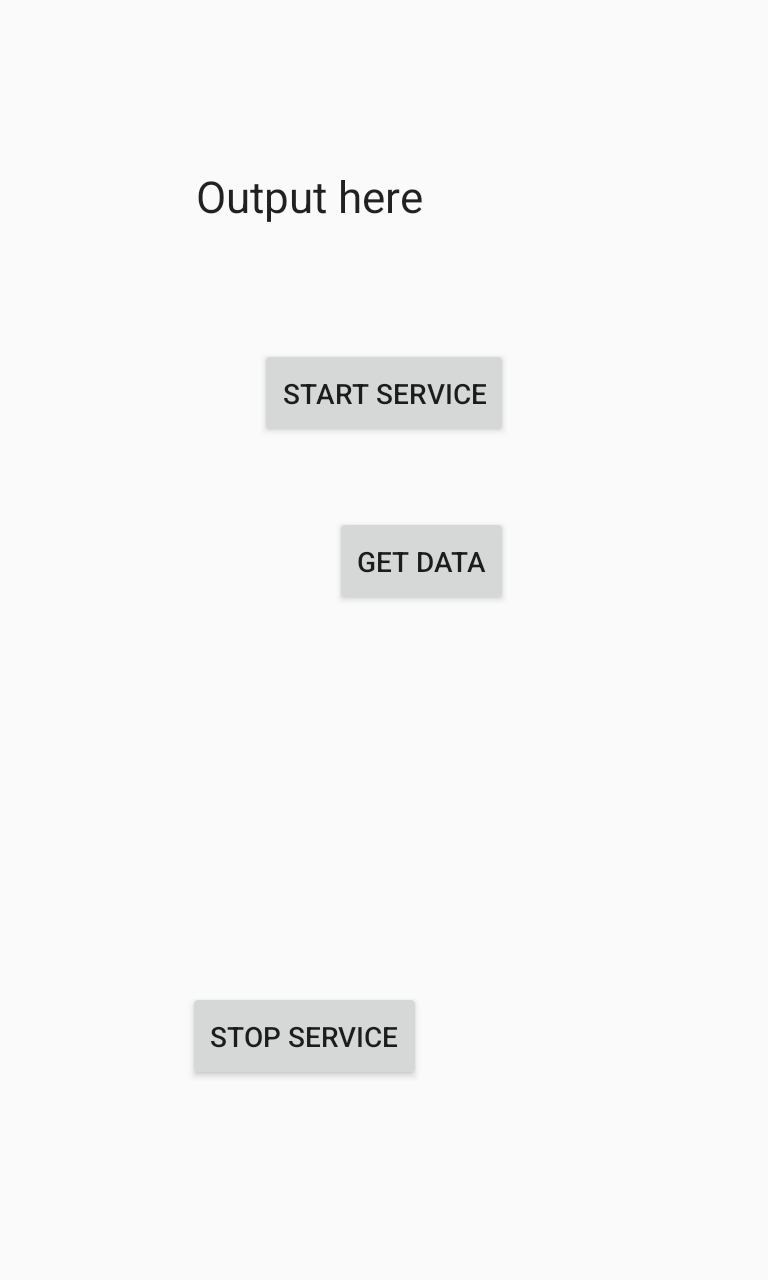
Repository: shivamgeek/Android-Code-Examples
Layout: boundServiceExample/res/layout/activity_main.xml
An editor plug-in stored every save of this project. The layout is shown before and after the next save, followed by the edit.
It is drawn on a 768 x 1280 px phone screen (xhdpi) without system bars, with theme AppTheme; the app's code is not run.

Above is the layout before, as saved 2015-12-03 04:33:13.

After the next save:
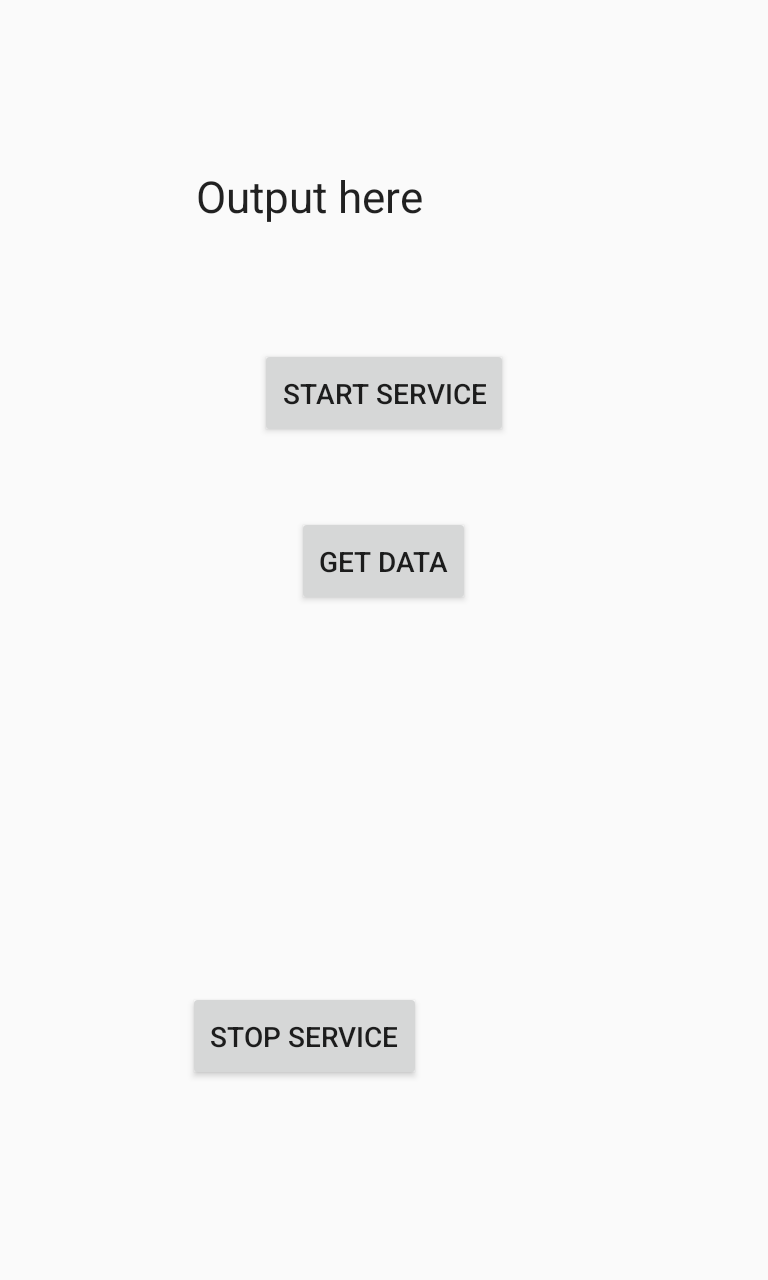
Saved 27 s later.
--- a/boundServiceExample/res/layout/activity_main.xml
+++ b/boundServiceExample/res/layout/activity_main.xml
@@ -41,8 +41,8 @@
         android:id="@+id/data"
         android:layout_width="wrap_content"
         android:layout_height="wrap_content"
-        android:layout_alignRight="@+id/start"
         android:layout_below="@+id/start"
+        android:layout_centerHorizontal="true"
         android:layout_marginTop="36dp"
         android:text="Get Data" />
 
